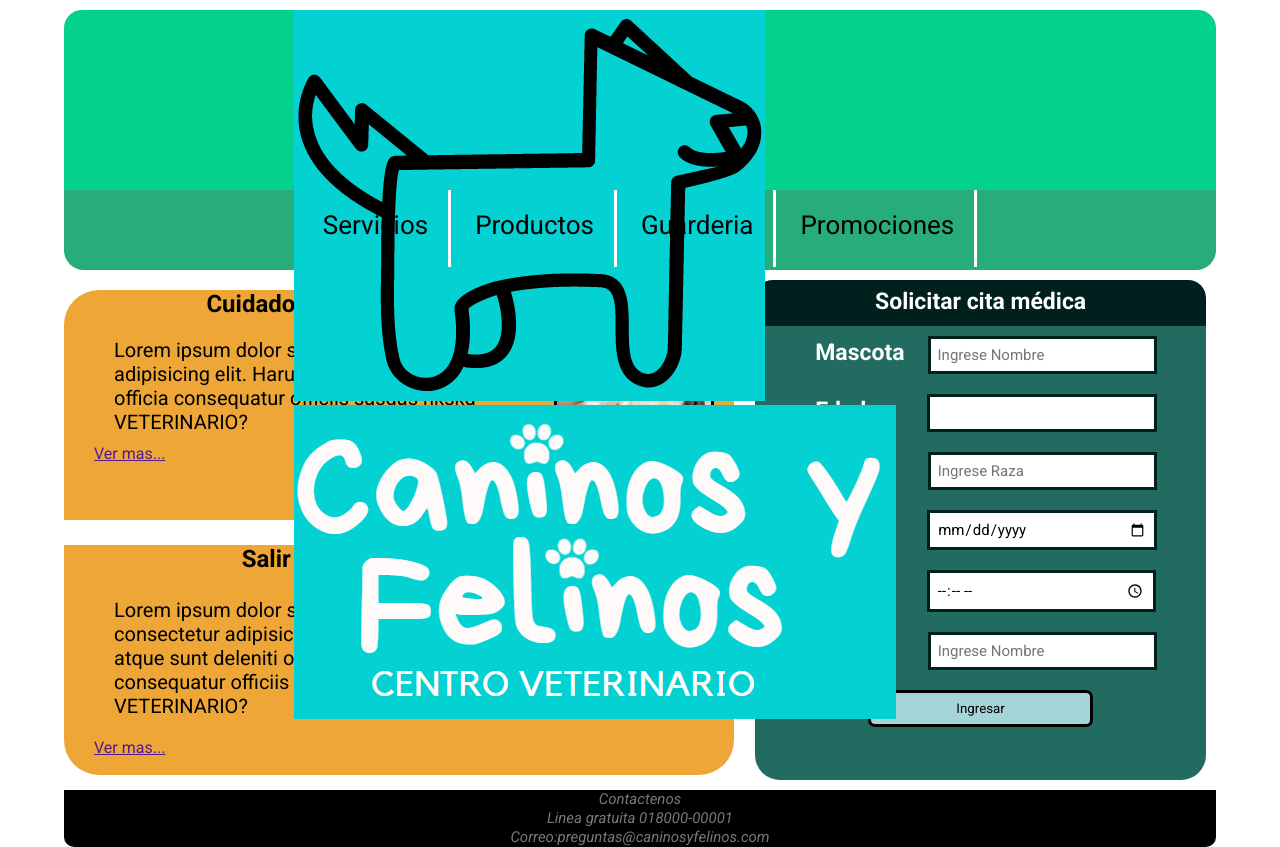
Repository: NickArregoces/Veterinaria
Page: Index.html
An editor plug-in stored every save of this project. The page is shown before and after the next save, followed by the edit.
The browser window is 1280 px wide. The pictures show the whole page.

Above is the page before, as saved 2021-10-08 20:27:38.

After the next save:
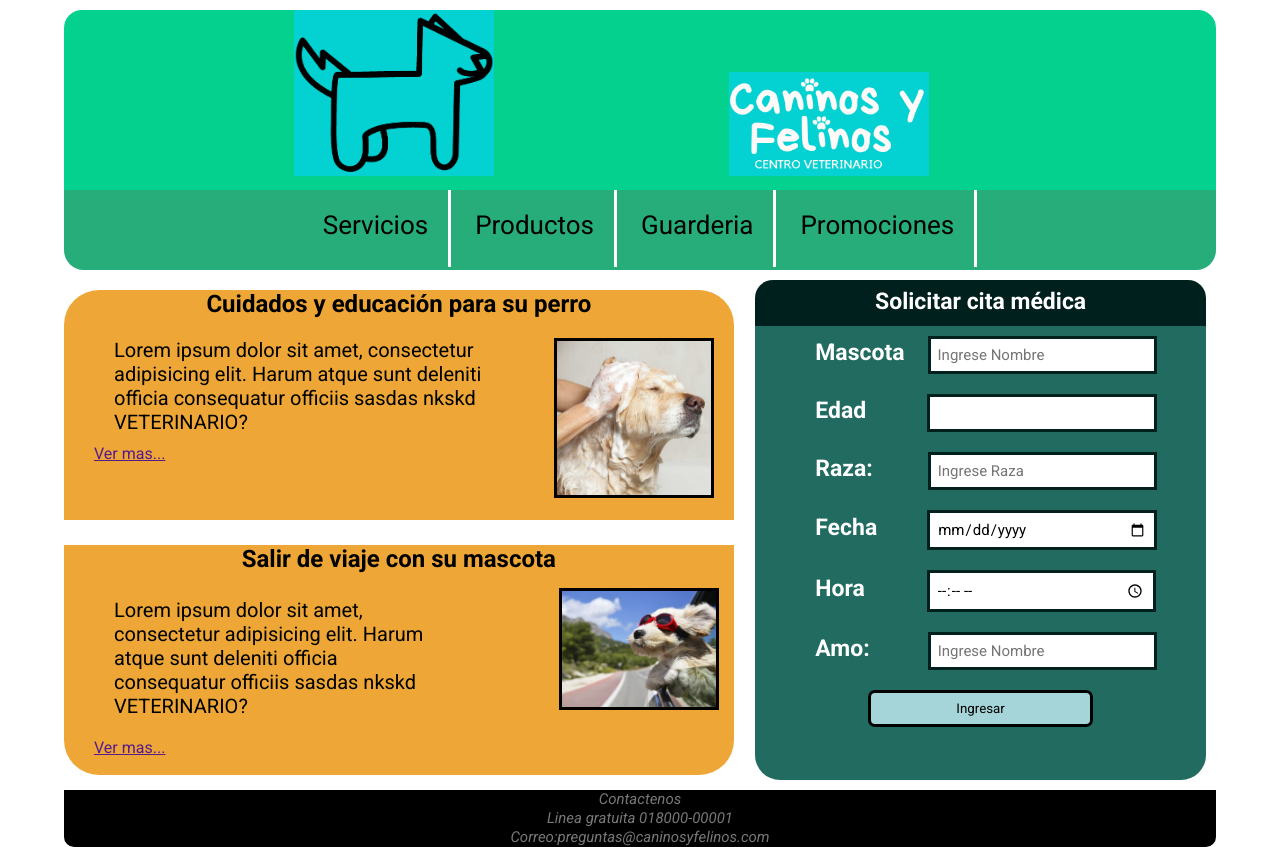
Saved 10 s later.
--- a/CSS/Style.css
+++ b/CSS/Style.css
@@ -20,7 +20,7 @@ header{
     height: 180px;
 }
     header .image img{
-        height: 100%;
+        width: 200px;
         margin-left: 20%;
     }
     header .image .text img{
